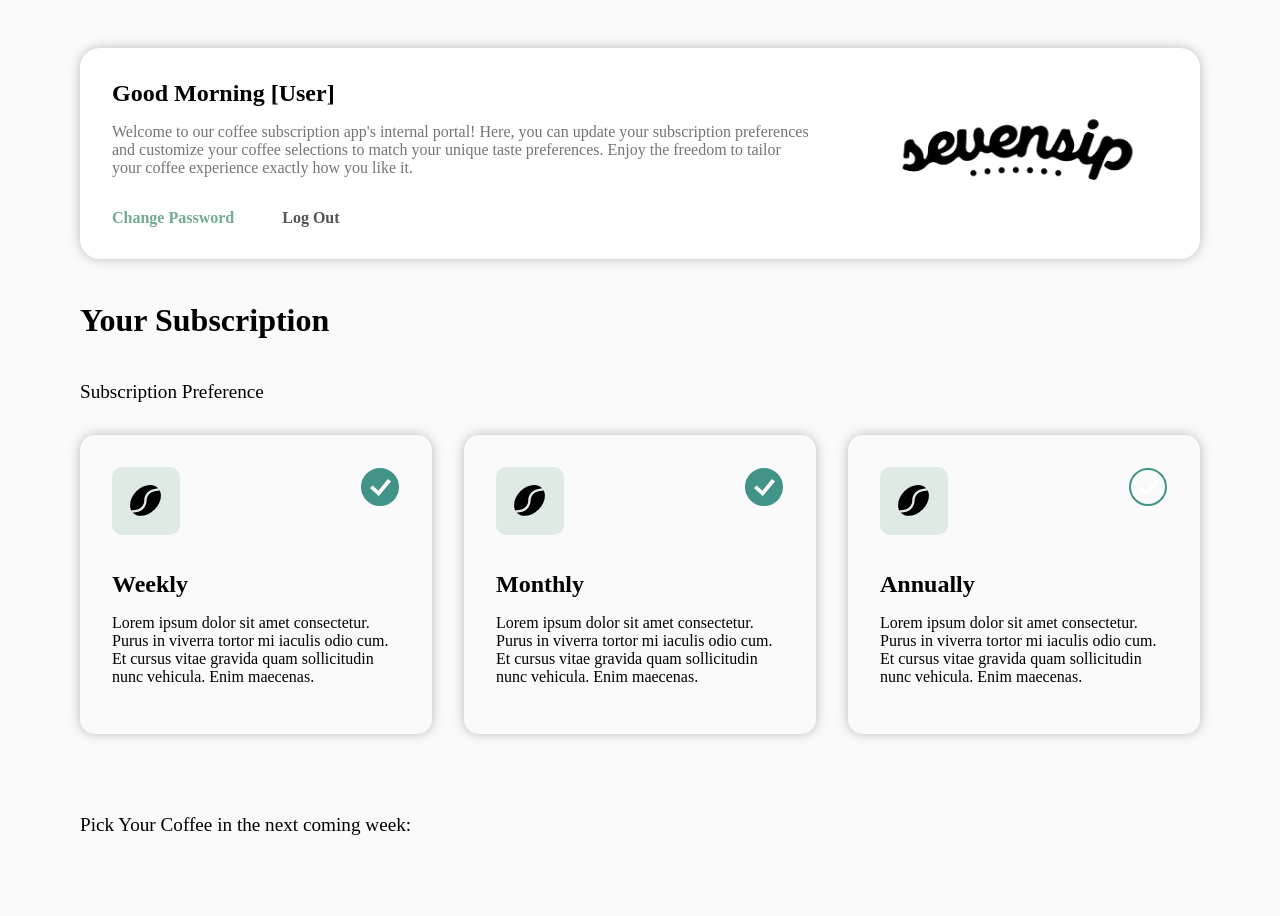
Repository: Haydenleung/COMP-4170-Final-Project
Page: http://localhost/main
The author's editor kept a copy of each file at every save. The page is drawn from the files as they stood at one save, then again after the next save.
The browser window is 1280 px wide. The pictures show the whole page.
The page is served by the project's Node server (app.js).

Above is the page before, as saved 2024-03-22 18:19:14.

After the next save:
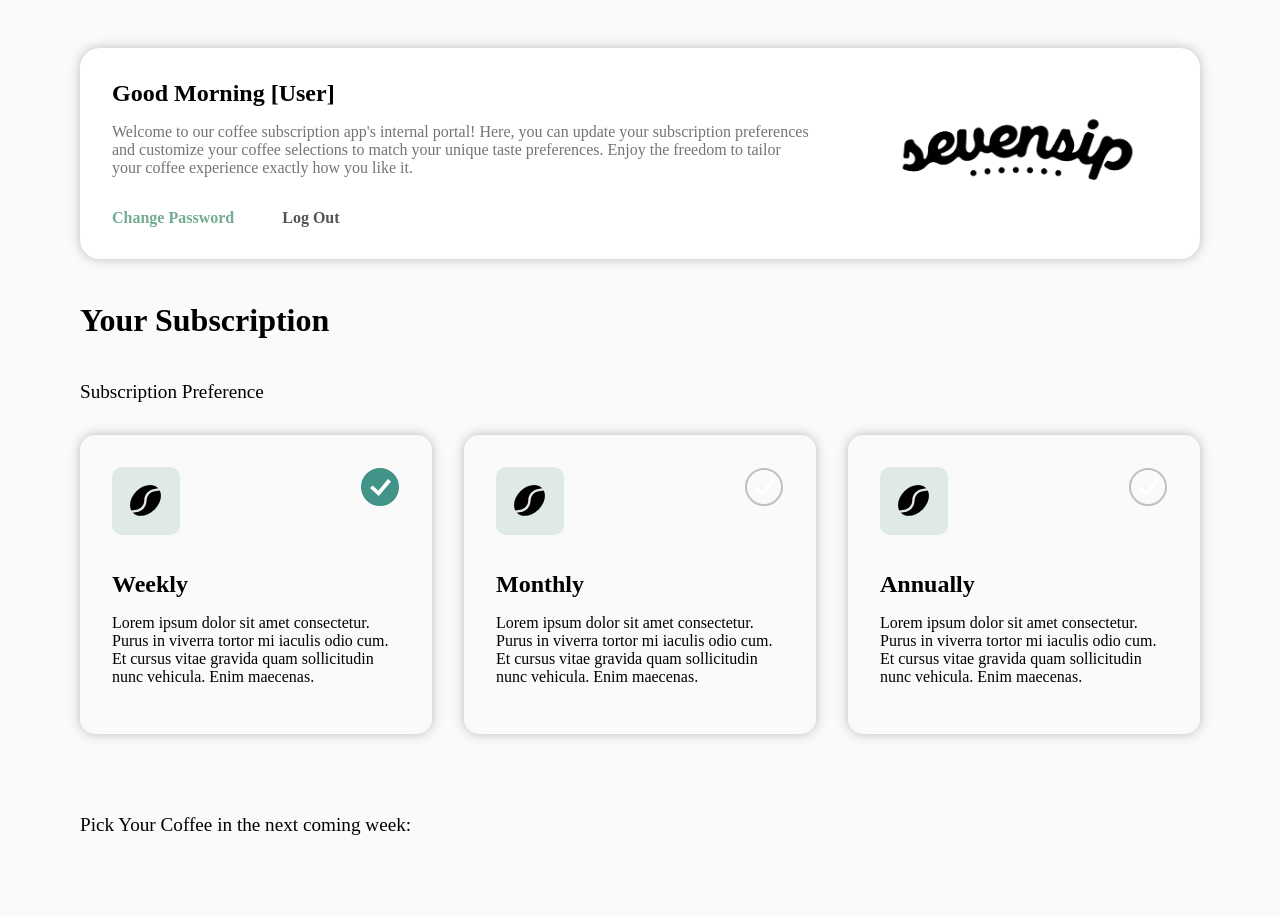
Saved 10 s later.
--- a/views/main.ejs
+++ b/views/main.ejs
@@ -40,7 +40,7 @@
                     <div class="sub-option">
                         <div class="tick">
                             <svg viewBox="0 0 100 100" xmlns="http://www.w3.org/2000/svg">
-                                <circle cx="50" cy="50" r="45" fill="#429488" stroke="#429488" stroke-width="5" />
+                                <circle cx="50" cy="50" r="45" fill="none" stroke="#C0C0C0" stroke-width="5" />
                             </svg>
                             <img class="sub-tick" src="/images/tick.svg" alt="icon" />
                         </div>
@@ -53,7 +53,7 @@
                     <div class="sub-option">
                         <div class="tick">
                             <svg viewBox="0 0 100 100" xmlns="http://www.w3.org/2000/svg">
-                                <circle cx="50" cy="50" r="45" fill="none" stroke="#429488" stroke-width="5" />
+                                <circle cx="50" cy="50" r="45" fill="none" stroke="#C0C0C0" stroke-width="5" />
                             </svg>
                             <img class="sub-tick" src="/images/tick.svg" alt="icon" />
                         </div>
